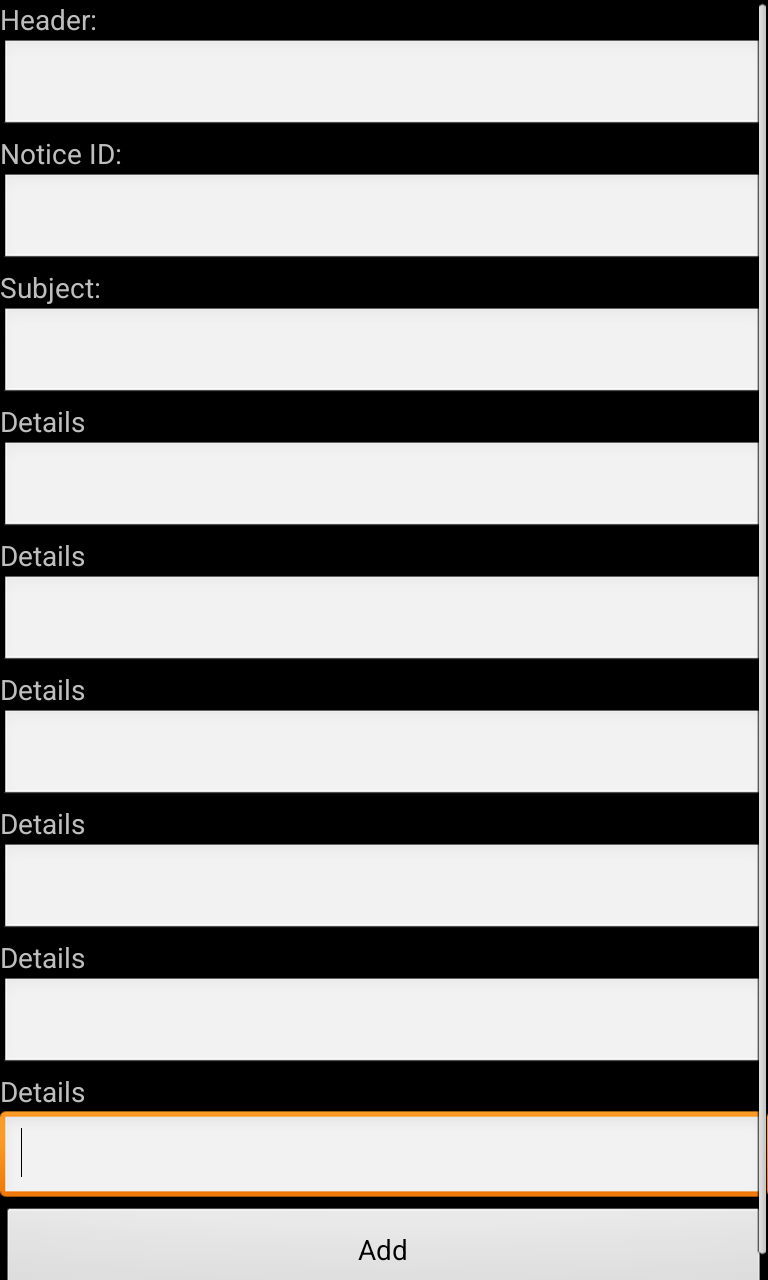
Repository: lcbasu/android
Layout: adt/M Notice/res/layout/detailed_admin.xml
An editor plug-in stored every save of this project. The layout is shown before and after the next save, followed by the edit.
It is drawn on a 768 x 1280 px phone screen (xhdpi) without system bars, with theme android:Theme; the app's code is not run.

Above is the layout before, as saved 2014-05-02 09:29:17.

After the next save:
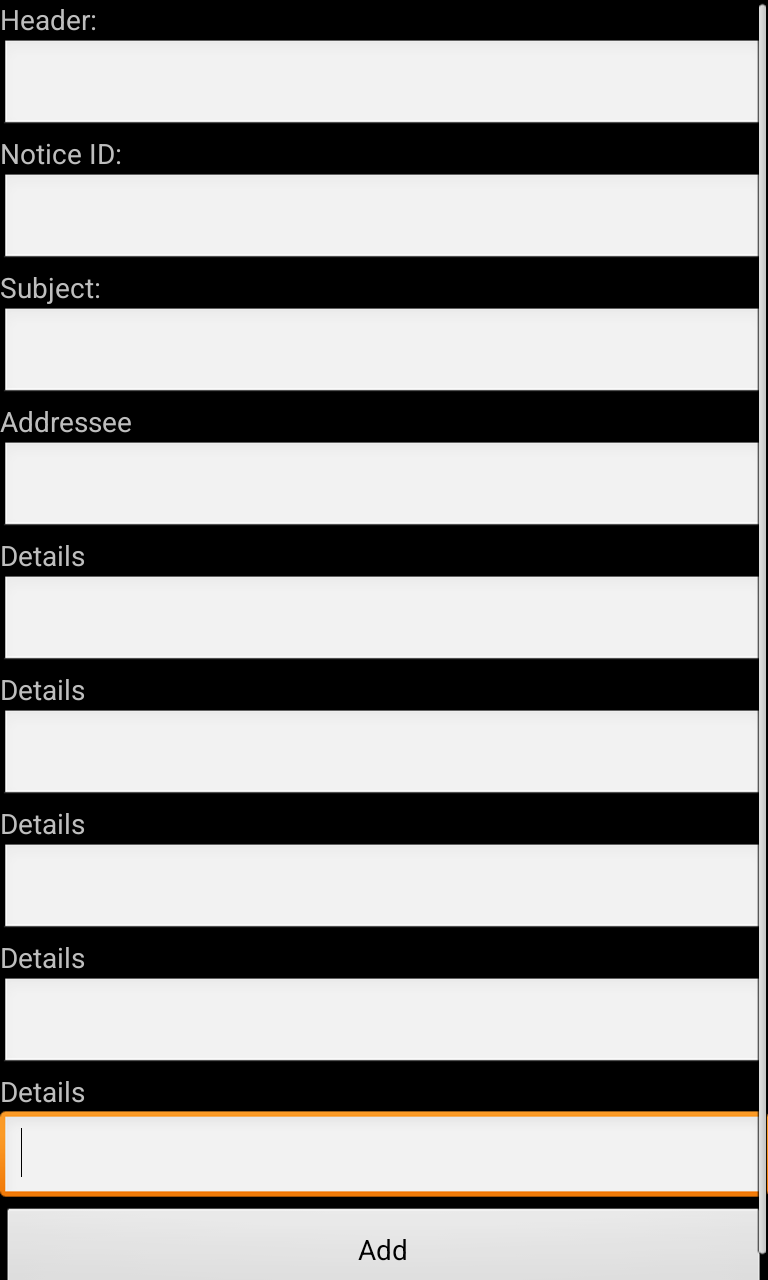
Saved 57 s later.
--- a/adt/M Notice/res/layout/detailed_admin.xml
+++ b/adt/M Notice/res/layout/detailed_admin.xml
@@ -53,13 +53,13 @@
         </EditText>
 
         <TextView
-            android:id="@+id/detail"
+            android:id="@+id/addressee"
             android:layout_width="wrap_content"
             android:layout_height="wrap_content"
-            android:text="Details" />
+            android:text="Addressee" />
 
         <EditText
-            android:id="@+id/editDetail"
+            android:id="@+id/editAddressee"
             android:layout_width="match_parent"
             android:layout_height="wrap_content"
             android:ems="10"
@@ -67,7 +67,7 @@
         </EditText>
 
         <TextView
-            android:id="@+id/detail"
+            android:id="@+id/text"
             android:layout_width="wrap_content"
             android:layout_height="wrap_content"
             android:text="Details" />
